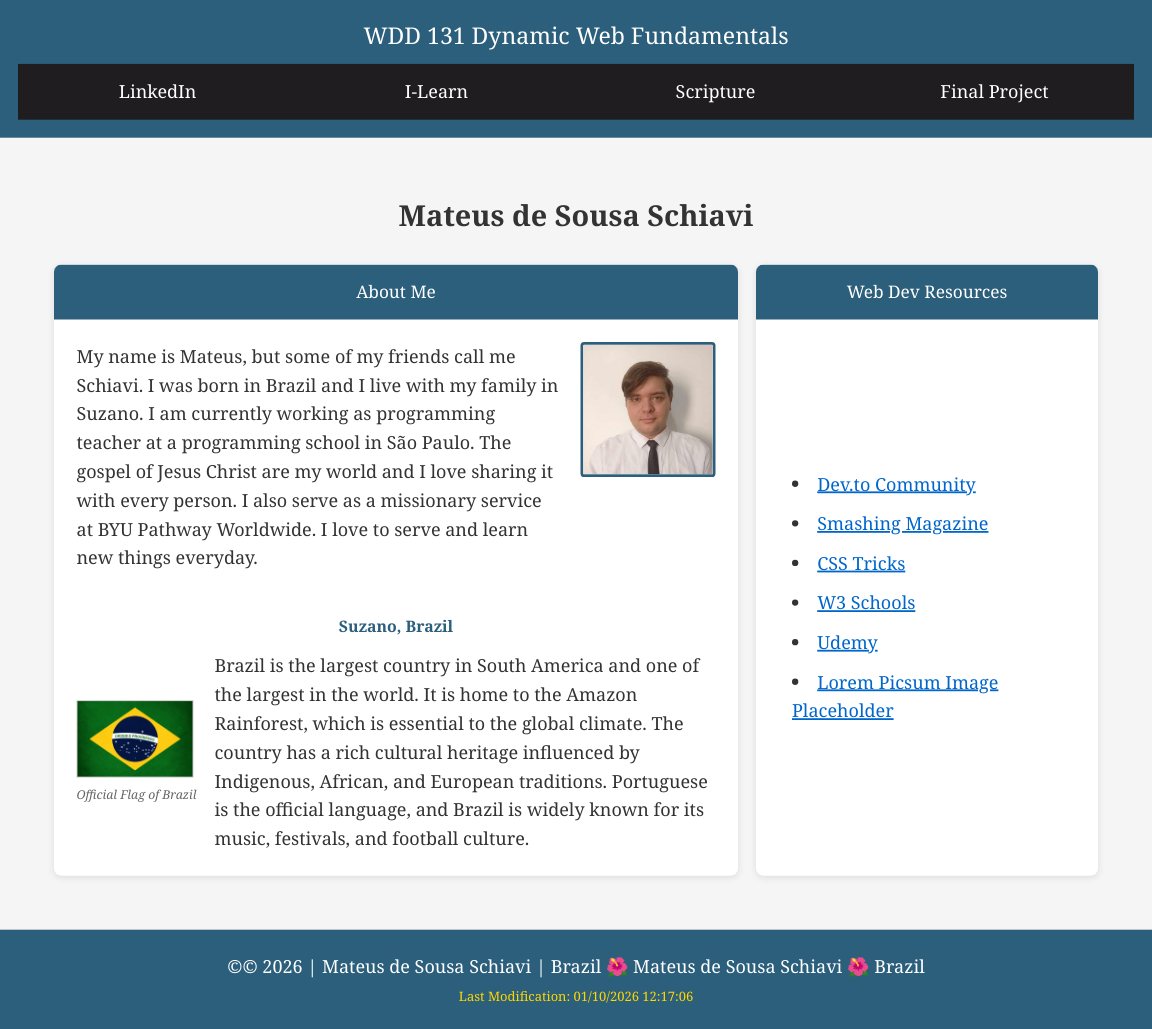
Repository: mateus-schiavi/wdd131
Page: index.html
These files come from the project's save history. The page is drawn as it stood at one moment and after the next save; the edit follows.
The browser window is 1280 px wide. The pictures show the whole page, at 90% of full size.
Some web fonts or font styles are not loaded; a fallback is used.

Above is the page before, as saved 2026-01-10 18:47:11.

After the next save:
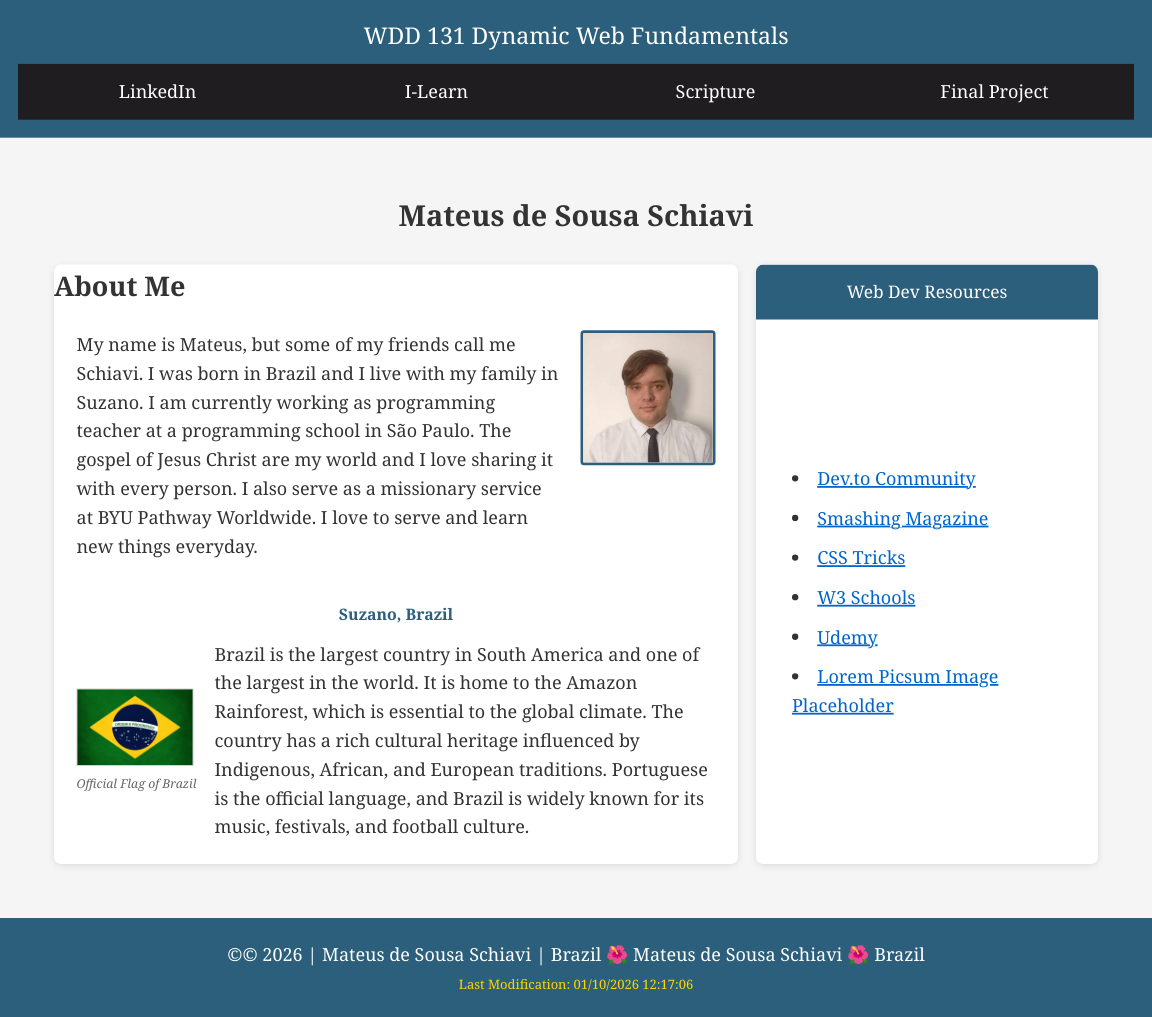
Saved 22 min 28 s later.
--- a/index.html
+++ b/index.html
@@ -32,7 +32,7 @@
         <h1>Mateus de Sousa Schiavi</h1>
         <div class="content-wrapper">
             <section class="card about-card">
-                <h3>About Me</h3>
+                <h2>About Me</h2>
                 <div class="about-content">
                     <div class="text-content">
                         <p>
